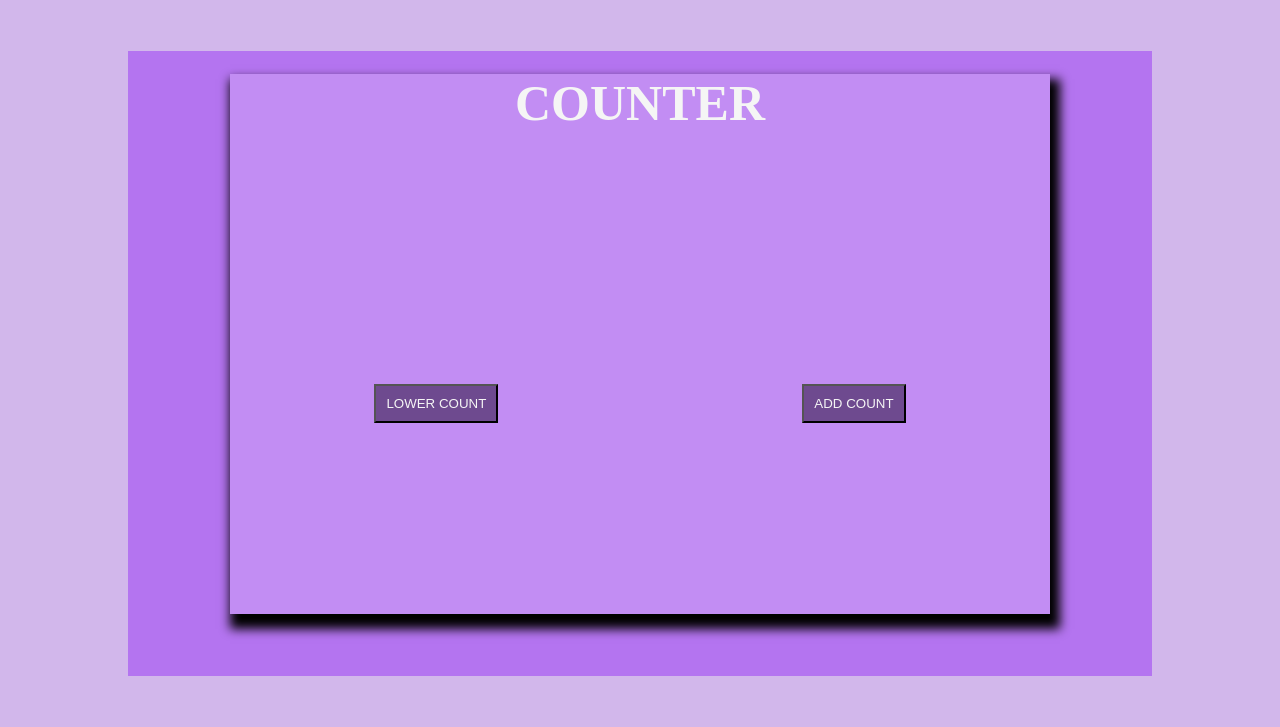
Repository: AnahitKhechumyan/Counter
Page: index.html
These files come from the project's save history. The page is drawn as it stood at one moment and after the next save; the edit follows.
The browser window is 1280 px wide. The pictures show the whole page.

Above is the page before, as saved 2022-02-14 19:07:09.
Console error: TypeError: Cannot set properties of null (setting 'innerHTML')

After the next save:
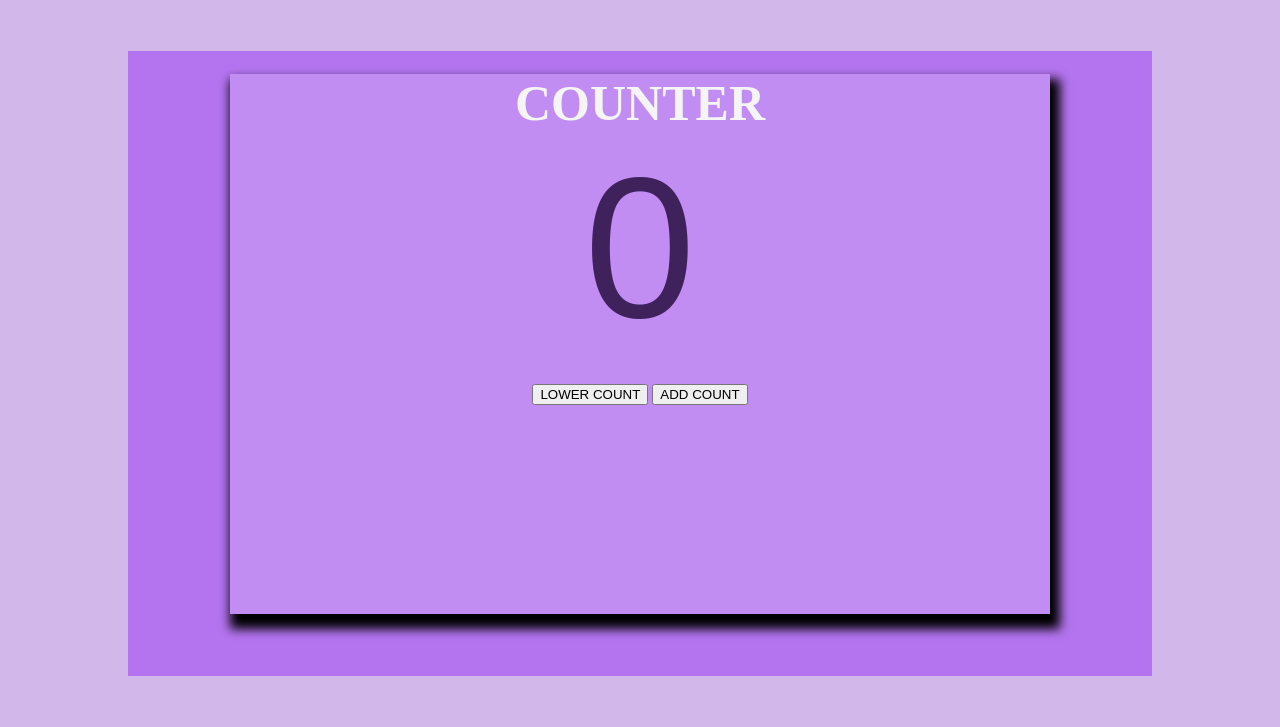
Saved 53 s later.
--- a/index.html
+++ b/index.html
@@ -12,10 +12,10 @@
     <div class="container">
         <div class="main">
             <div class="header">COUNTER</div>
-            <input class= "counter-display" type= "text" />
+            <input class= "counter-display" type= "text" value = "0"/>
             <div class = "change">
-                 <button id ="decrement" type="button">LOWER COUNT</button>
-                 <button id ="increment" type="button">ADD COUNT</button>
+                 <button class ="decrement" type="button">LOWER COUNT</button>
+                 <button class ="increment" type="button">ADD COUNT</button>
             </div>
         </div>
     </div>
